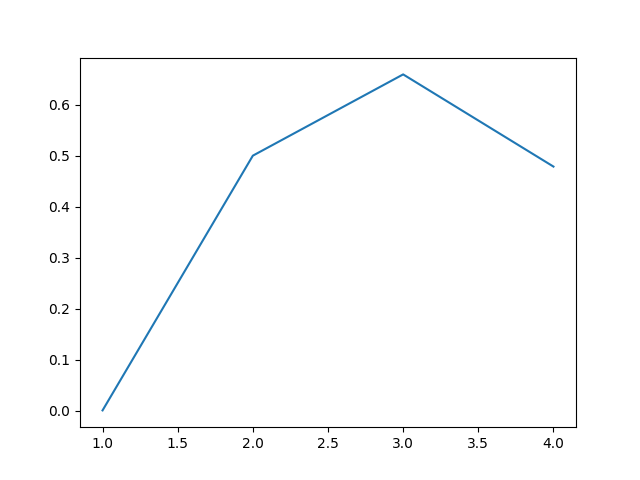
Repository: Nordenbox/Nordenbox_MachineLearning_Study
Script's output: python Playground.py
An editor plug-in stored every save of this project. The script's output is shown before and after the next save, followed by the edit.
Random numbers start from a fixed seed.

Above is the script's output before, as saved 2021-01-06 19:48:25.

After the next save:
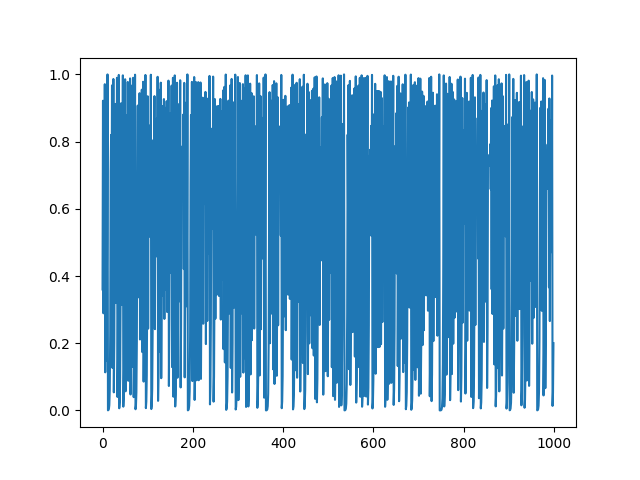
Saved 46 h 39 min later.
--- a/Playground.py
+++ b/Playground.py
@@ -1,13 +1,11 @@
 import numpy as np
 import matplotlib.pyplot as plt
 n = 0.1
-list_x =[]
+list_x = [j for j in range(1000)]
 list_y=[]
-for r in range(1,1000):
-    list_x.append(r)
-    for i in range(1000):
-        n = r*n*(1-n)
-        print(n, '\n')
+for i in range(1000):
+    n = 4*n*(1-n)
+    print(n, '\n')
     list_y.append(n)
 
 x = np.array(list_x)
